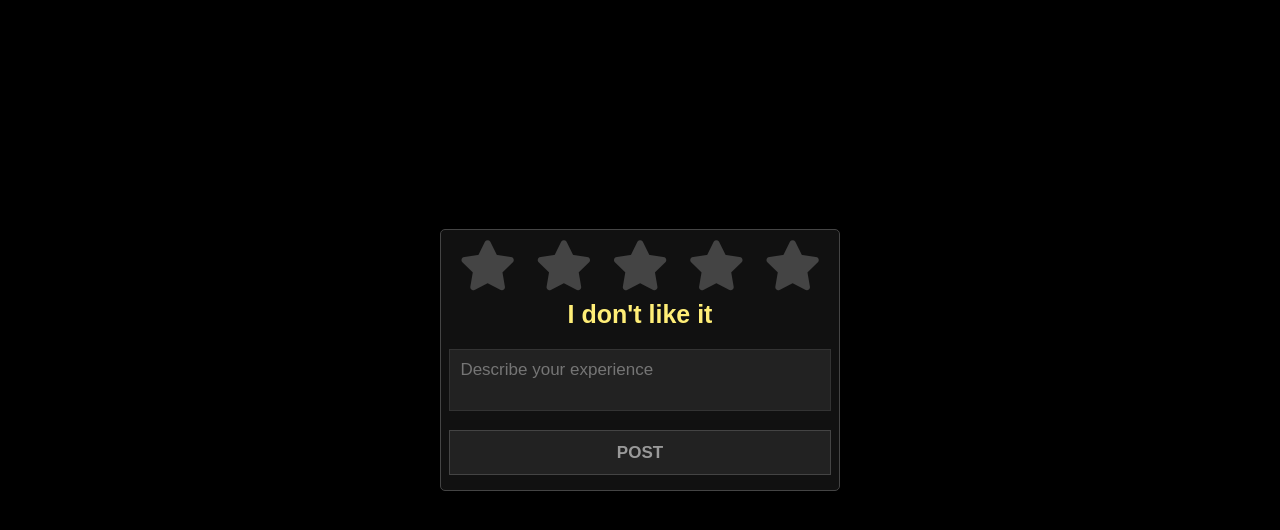
Repository: Suryansh-D/Star-Ratings
Page: index.html
An editor plug-in stored every save of this project. The page is shown before and after a run of saves, followed by the edit.
The browser window is 1280 px wide. The pictures show the whole page.

Above is the page before, as saved 2024-02-03 10:06:15.

After the next 5 saves:
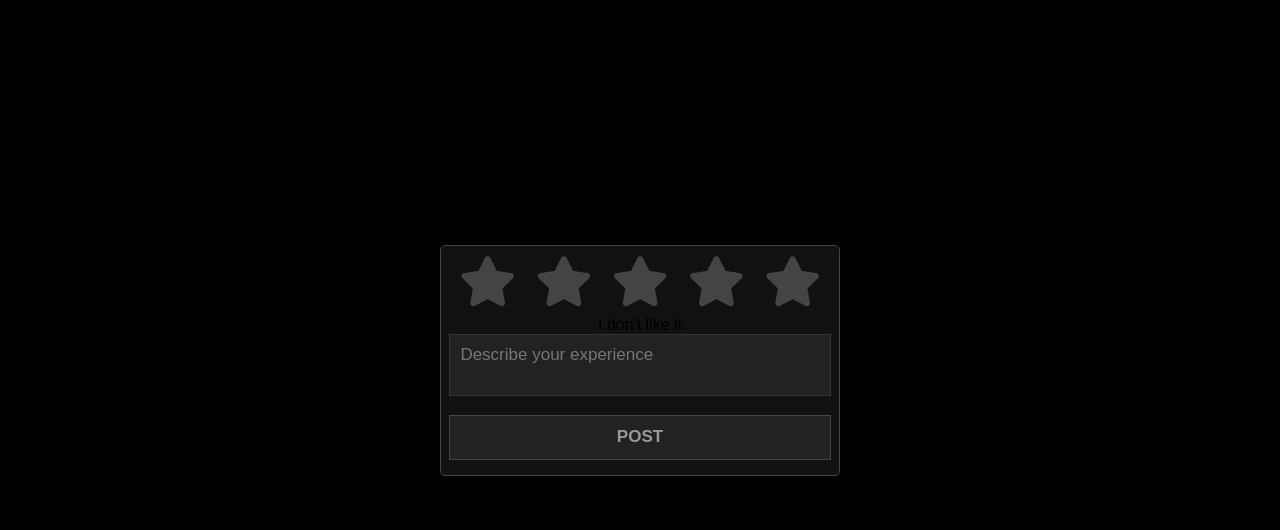
The 5 saves are shown as one change because they came seconds apart.
The last was saved 79 s later.
--- a/style.css
+++ b/style.css
@@ -47,6 +47,8 @@
     color: #ffe7;
     text-shadow: 0 0 20px #952;
 }
+
+form header:
 form header{
     width:100%;
     font-size: 25px;

After the 2 saves that followed:
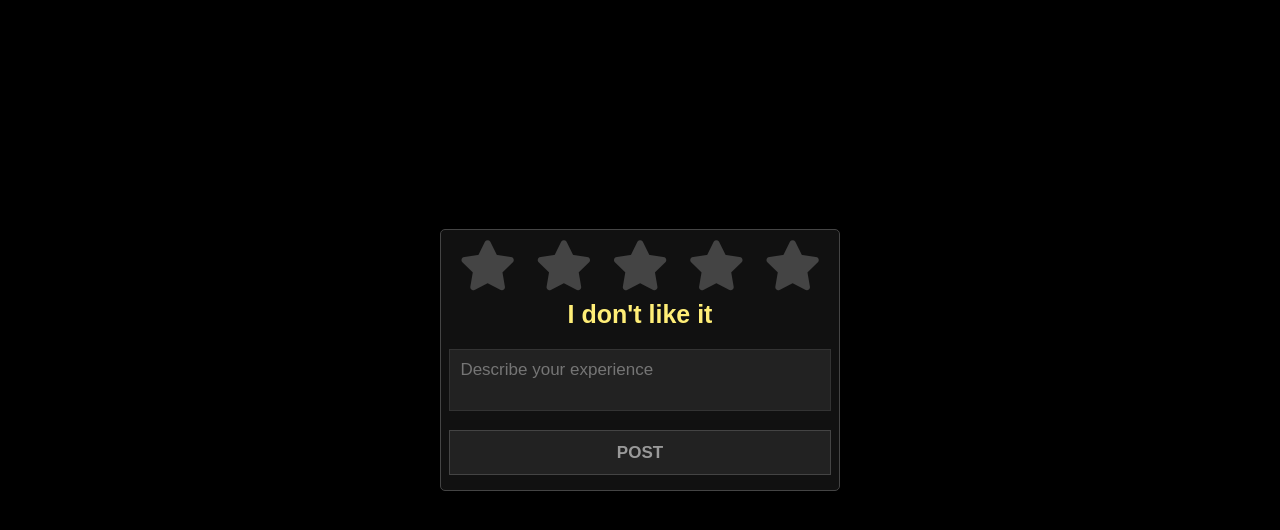
The 2 saves are shown as one change because they came seconds apart.
The last was saved 7 s later.
--- a/style.css
+++ b/style.css
@@ -48,7 +48,9 @@
     text-shadow: 0 0 20px #952;
 }
 
-form header:
+form header::before{
+
+}
 form header{
     width:100%;
     font-size: 25px;
